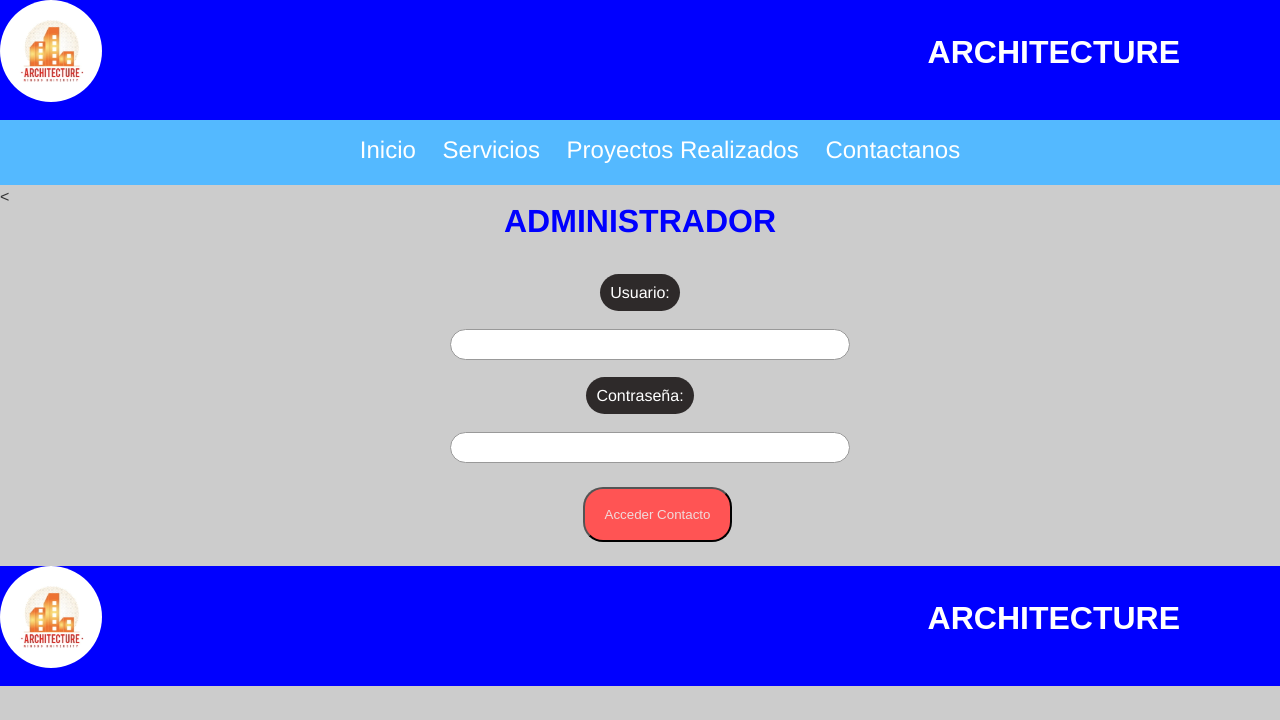
Repository: gabrielestrella18/htdocs
Page: http://localhost/arquitectos/login.php
These files come from the project's save history. The page is drawn as it stood at one moment and after the next save; the edit follows.
The browser window is 1280 px wide. The pictures show the whole page.
The page is run by PHP 8.4 with error messages shown; the project is at /var/www/html/.

Above is the page before, as saved 2023-12-11 13:58:53.

### arquitectos/login.php
<!DOCTYPE html>
<html lang="en">
  <head>
    <title></title>
    <meta charset="UTF-8">
    <meta name="viewport" content="width=device-width, initial-scale=1">
    <link href="estilo.css" rel="stylesheet">
  </head>
  <body>

<?php

include  "arriba.php"
?>

<?php
include "menu.php"
?>
<
<br>

<h4>ADMINISTRADOR</h4>
<?php
          session_start();
          if(isset($_SESSION['autentificado']) && $_SESSION['autentificado'] === "SI"){
          echo '<a href="control.php"></a>';
        }
        ?>
<br><br>
<div class="admi">
<?php
          $errorusuario = isset($_GET["errorusuario"]);
          if($errorusuario == "SI"){
            echo '<h3 class="aviso">Datos incorrectos</h3><br><br>';
          }
        ?>
<form action="autenticar.php" method="post">
          <div class="cont"><label class="ad">Usuario:</label></div><br>
          <input type="text" name="usuario" id="usu" class="campos" required ><br><br>
          <div class="cont"><label class="ad">Contraseña:</label></div><br>
          <input type="password" name="contrasena" id="contra" class="campos" required >
          <br><br>
          <button class="boton3" type="submit" id="Acceder" href="control.php">Acceder Contacto</button>
        </form>
      </div>
   <br>

<?php
include "abajo.php"
?>


  </body>
</html>

### arquitectos/arriba.php
<div class="azul">
  <img  class="lg"src="imagenes/arch.jpg" alt="">

  <h1>ARCHITECTURE</h1>
</div>

### arquitectos/menu.php
<div class="menu">
<div class="menuOpciones">
            <a href="index.php">Inicio</a>
            <a href="servicios.php">Servicios</a>
            <a href="proyectos.php">Proyectos Realizados</a>
            <a href="contactos.php">Contactanos</a>
            </div>

</div>

### arquitectos/abajo.php

<div class="azul">
  <img  class="lg"src="imagenes/arch.jpg" alt="">

  <h1>ARCHITECTURE</h1>
</div>

### arquitectos/estilo.css
* {
    box-sizing: border-box;
    margin: 0;
    padding: 0;
}

body {
    font-family: helvetica;
    font-size: 16px;
    line-height: 24px;
    color: #333;
    background-color: #cccccc;
    max-width: 1400px;
}

.azul {
    background-color: blue;
    padding-bottom: 120px;
}

.lg {
    float: left;
    width: 8%;
    height: 8%;
    border-radius: 80px;
}

h1 {
    color: white;
    float: right;
    font-family: sans-serif;
    text-align: end;
    padding-top: 40px;
    padding-right: 100px;
}

.menu {
    border: 1px #54b9ff solid;
    background-color: #54b9ff;
    height: 65px;
}

.menuOpciones {
    padding-top: 12px;
    text-align: center;
    margin-top: 5px;
    padding-left: 40px;
    font-size: x-large;
}

.menuOpciones a {
    text-decoration: none;
    color: white;
    padding: 10px;
}

.menuOpciones a:hover {
    color: #373b39;
    background-color: #0afc83;
    padding-top: 16px;
    padding-bottom: 21px;
}

.contenedor_fondo {
    width: 1350px;
    height: 600px;
    margin: auto;
    background-image: url(imagenes/fondoarq.jpg);
    background-repeat: no-repeat;
    background-size: cover;
}

.textofoto {
    color: rgb(7, 2, 2);
    margin: auto;
    text-align: center;
    line-height: 35px;
    padding-top: 200px;
    font-size: x-large;
}

.video {
    text-align: center;
    background-color: #373b39;
    border-radius: 100px;
    width: 700px;
    margin: auto;
    padding-top: 40px;
    padding-bottom: 40px;
}

.botoncito {
    text-align: center;
}

.boton1 {
    color: #ece80f;
    background-color: #ce1111;
    padding-top: 20px;
    padding-bottom: 20px;
    padding-left: 10px;
    padding-right: 10px;
    border-radius: 20px;
    text-decoration: none;
}

h3 {
    text-align: center;
}

.serv {
    background-color: #ece80f;
    padding-top: 20px;
    padding-bottom: 20px;
    padding-left: 10px;
    padding-right: 10px;
    border-radius: 20px;
}

.ser {
    padding-left: 450px;
    padding-right: 450px;
}

p {
    font-weight: 400px;
    font-size: xx-large;
}

.text {
    text-align: center;
}

.caja1 {
    float: left;
    padding-left: 150px;
    padding-top: 60px;
}

.caja2 {
    float: right
}

.plan {
    width: 70%;
    height: 70%;
}

.rojo {
    color: rgb(255, 0, 0);
    font-weight: 800;
}

.text {
    color: black;
    font-size: large;
}

.caja3 {
    float: right;
    padding-right: 200px;
    padding-top: 120px;
}

.caja4 {
    float: left;
}

.co {
    padding-left: 100px;
    width: 600px;
    height: 320px;
}

.caja5 {
    float: left;
    padding-left: 150px;
    padding-top: 60px;
}

.caja6 {
    float: right;
    padding-right: 200px;
}

.re {
    width: 450px;
    height: 300px;
}

.display {
    display: inline-block;
    width: 1350px;
}

.mira {
    text-align: center;
    display: inline-block;
    width: 700px;
}

.ubica {
    display: inline-block;
    width: 600px;
    text-align: center;
    padding-left: 150px;
}

.ubi {
    width: 600px;
    height: 300px;
}

.boton2 {
    color: #ece80f;
    background-color: #ce1111;
    padding-top: 20px;
    padding-bottom: 20px;
    padding-left: 10px;
    padding-right: 10px;
    border-radius: 20px;
    text-decoration: none;
}

.rapi {
    color: rgb(243, 243, 248);
    font-family: 'Franklin Gothic Medium';
    font-size: large;
    background-color: rgb(68, 67, 66);
    border-radius: 20px;
    padding-top: 10px;
    padding-bottom: 10px;
    display: inline-block;
    padding-left: 10px;
    padding-right: 10px;
}

.cuadrado {
    border: 4px #eaeaea solid;
    background-color: #eaeaea;
    padding: 6px 50px;
}

.campos {
    border-radius: 20px;
    border: 1px #999 solid;
    padding: 7px;
    width: 400px;
    /* para que se separen */
    margin-left: 20px;
}

.boton3 {
    padding: 5px 10px;
    margin-left: 35px;
    color: #f0dbdb;
    background-color: #ff5454;
    border-radius: 20px;
    padding-top: 18px;
    padding-bottom: 18px;
    padding-left: 20px;
    padding-right: 20px;
}

.boton3:hover {
    background-color: #38065a;
    color: white;
}

.boton4 {
    padding: 5px 10px;
    background-color: aqua;
    border-radius: 20px;
    padding-top: 18px;
    padding-bottom: 18px;
    padding-left: 20px;
    padding-right: 20px;
}

.boton4:hover {
    background-color: #aaff0b;
    color: white;
}

.centro {
    text-align: center;
}

.contenedor2 {
    width: 1350px;
    height: 700px;
    margin: auto;
    background-image: url(imagenes/muchos.gif);
    background-repeat: no-repeat;
    background-size: cover;
}

h4 {
    color: blue;
    text-align: center;
    font-size: xx-large;
}

.admi {
    text-align: center;
}

.ad {
    color: white;
    background-color: rgb(46, 42, 42);
    border-radius: 20px;
    padding-top: 10px;
    padding-bottom: 10px;
    padding-left: 10px;
    padding-right: 10px;
}

h5 {
    color: blue;
    text-align: center;
    font-size: xx-large;
}

#proy {
    color: white;
    background-color: rgb(5, 5, 48);
    border-radius: 20px;
    padding-top: 10px;
    padding-bottom: 10px;
    padding-left: 10px;
    padding-right: 10px;
    text-decoration: none;
}

.alin {
    display: inline-block;
    width: 600px;
    text-align: center;
}

.lateral {
    display: inline-block;
    width: 1300px;
}

.mueble {
    display: inline-block;
    width: 600px;
}

.mueb {
    width: 70%;
    height: 90%;
}

#cabecera {
    color: #333;
    background-color: yellow;
    text-align: center;
    font-size: x-large;
    padding-top: 30px;
    padding-bottom: 30px;
}

.ancho {
    width: 1000px;
    background-color: aqua;
}

#form1 {
    text-align: center;
}

p {
    font-family: Georgia, 'Times New Roman', Times, serif;
}

#guardarfoto {
    background-color: blueviolet;
    color: aliceblue;
    border: 0;
    padding: 10px 30px;
    border-radius: 10px;
}

.alinear {
    text-align: right;
    padding-right: 300px;
}

#mostrar {
    background-color: #800000;
    color: white;
    border: 0;
    padding: 10px 30px;
    border-radius: 10px;
}

.contenedor {
    max-width: 1000px;
    margin: auto;
    text-align: center;
}


/* FOTOS */


/* .fotos {
    border: 1px #999999 solid;
    padding: 10px;
    border-radius: 10px;
    float: left;
    margin-top: 10px;
} */

.fotos_promo {
    border: #b9e3eb solid;
    width: 300px;
    height: 300px;
    object-fit: cover;
}

.titulo_promo {
    width: auto;
    padding: 10px;
    background-color: #ececec;
    font-size: small;
}

.cajas {
    padding-top: 15px;
    width: 400px;
    display: inline-block;
    margin-right: 20px;
    margin-bottom: 20px;
}

After the next save:
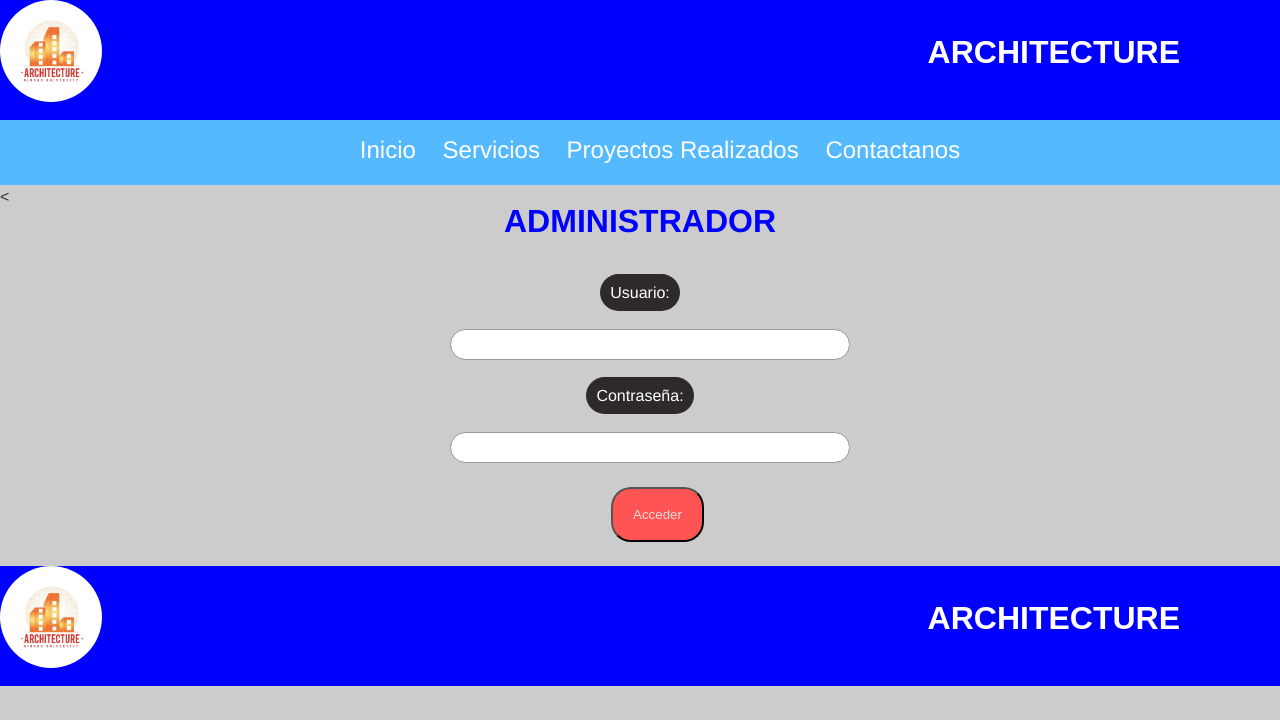
Saved 35 min 51 s later.
--- a/arquitectos/login.php
+++ b/arquitectos/login.php
@@ -40,7 +40,7 @@ include "menu.php"
           <div class="cont"><label class="ad">Contraseña:</label></div><br>
           <input type="password" name="contrasena" id="contra" class="campos" required >
           <br><br>
-          <button class="boton3" type="submit" id="Acceder" href="control.php">Acceder Contacto</button>
+          <button class="boton3" type="submit" id="Acceder" href="control.php">Acceder</button>
         </form>
       </div>
    <br>
